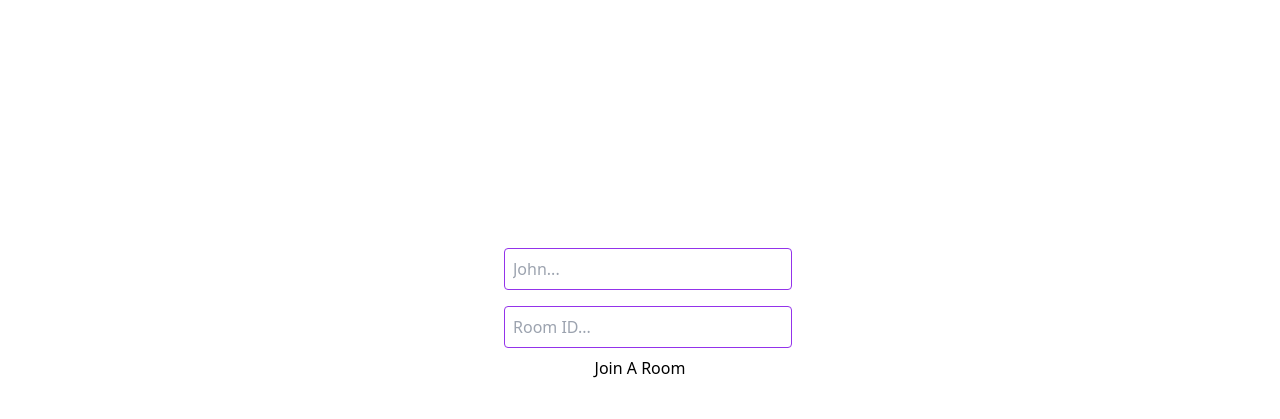
Repository: GabrielMorring/tictactoe
Page: /
The author's editor kept a copy of each file at every save. The page is drawn from the files as they stood at one save, then again after the next save.
The browser window is 1280 px wide. The pictures show the whole page.
The page's requests for data from a server got no answer. The project was rebuilt for these pictures with package versions that can differ from the ones it lists, and the page was loaded fresh each time. No one was signed in, and anything a server would have sent is missing. Also part of the build but not shown: src/components/Square.jsx, src/components/Board.jsx.

Above is the page before, as saved 2022-06-20 10:23:16.

### src/App.js
import Board from "./components/Board";
import { useState } from "react";
import io from "socket.io-client";

const socket = io.connect("http://localhost:3001");

function App() {
  const [showBoard, setShowBoard] = useState(false);
  const [userName, setUserName] = useState("");
  const [room, setRoom] = useState("");

  const joinRoom = () => {
    if (userName !== "" && room !== "") {
      socket.emit("join_room", room);
      setShowBoard(true);
    } else {
      alert("Please enter a username and room");
    }
  };

  return (
    <div className="">
      {showBoard ? (
        <Board socket={socket} userName={userName} room={room} />
      ) : (
        <div className="flex flex-col w-72 mx-auto my-60">
          <input
            className="w-full p-2 m-2 border border-purple-600 rounded focus:outline-none"
            type="text"
            placeholder="John..."
            onChange={(e) => setUserName(e.target.value)}
          />
          <input
            className="w-full p-2 m-2 border border-purple-600 rounded focus:outline-none"
            type="text"
            placeholder="Room ID..."
            onChange={(e) => setRoom(e.target.value)}
          />
          <button onClick={joinRoom}>Join A Room</button>
        </div>
      )}
    </div>
  );
}

export default App;

Loaded but not shown: public/index.html (common file); src/index.js (common file); src/index.css (common file); src/reportWebVitals.js (common file); tailwind.config.js (common file)

After the next save:
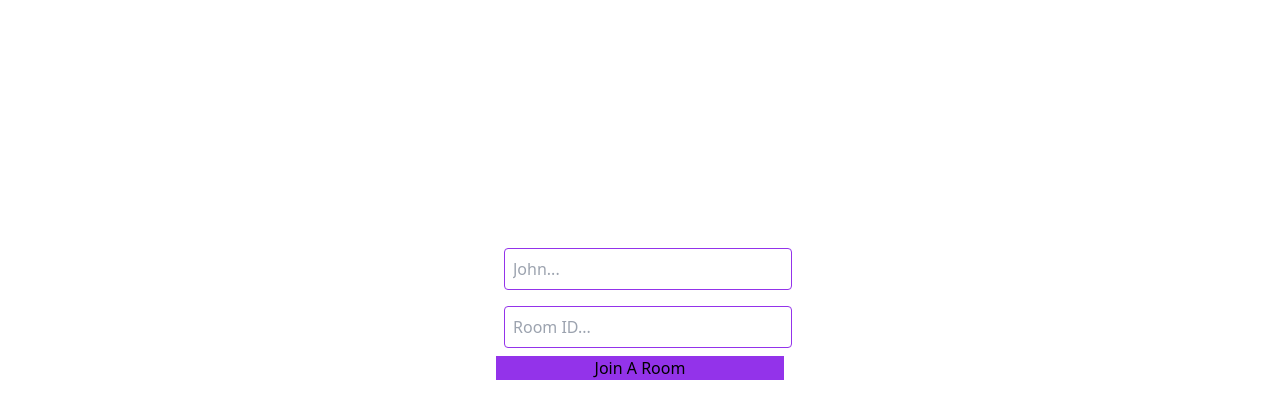
Saved 42 s later.
--- a/src/App.js
+++ b/src/App.js
@@ -36,7 +36,9 @@ function App() {
             placeholder="Room ID..."
             onChange={(e) => setRoom(e.target.value)}
           />
-          <button onClick={joinRoom}>Join A Room</button>
+          <button className="bg-purple-600" onClick={joinRoom}>
+            Join A Room
+          </button>
         </div>
       )}
     </div>
